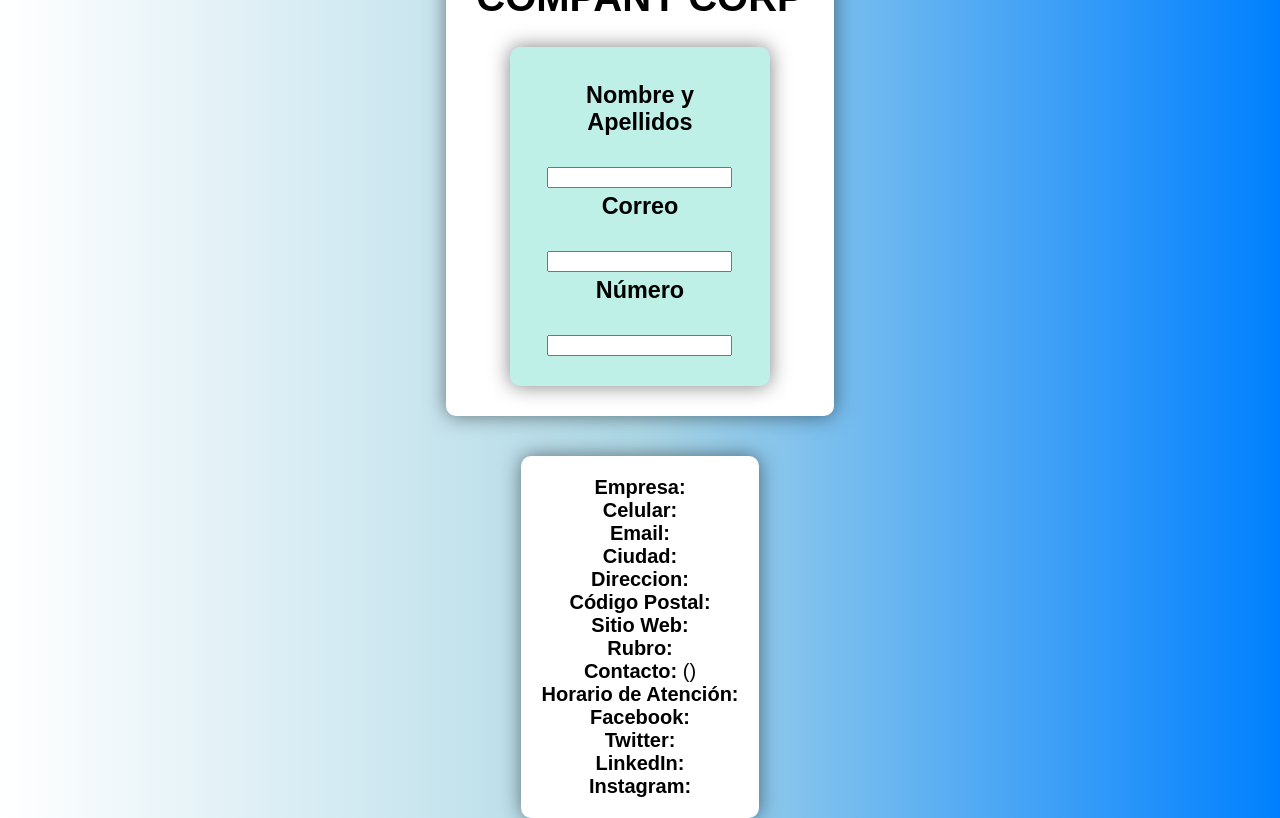
Repository: ANGELEDU141/TAREAWEBEWJASJDASJ
Page: http://localhost/JAVAWEBTAREA/WEB-INF/views/contenido.jsp
The author's editor kept a copy of each file at every save. The page is drawn from the files as they stood at one save, then again after the next save.
The browser window is 1280 px wide. The pictures show the whole page.
The page is served by Tomcat 9. Nobody is signed in. Other server files are loaded and not shown. The template is opened directly, without the code that normally fills it, so the values that code supplies are empty.

Above is the page before, as saved 2024-09-01 10:05:58.

### JAVAWEBTAREA/src/main/webapp/WEB-INF/views/contenido.jsp
<%@ page language="java" contentType="text/html; charset=UTF-8"
    pageEncoding="UTF-8"%>
<!DOCTYPE html>
<html>
<head>
<meta charset="UTF-8">
<title> COMPANY </title>
<link rel="icon" href="https://static.vecteezy.com/system/resources/previews/008/214/517/non_2x/abstract-geometric-logo-or-infinity-line-logo-for-your-company-free-vector.jpg">
<style>
    body {


        height: 100vh;
        display: flex;
        align-items:center;
         flex-direction: column;
        justify-content: center; /* Centra horizontalmente */
        align-items: center; /* Centra verticalmente */
        font-family: Arial, sans-serif;
		background: linear-gradient(to right, rgb(255, 255, 255), rgb(173, 216, 230), rgb(0, 128, 255));

    }
    .container {

        max-width: 600px;
        display:flex;
   		flex-direction:column;
   		align-content:center;
   		justify-content: center;
   		align-items:center;
   		padding: 30px;

        background-color: white;
        box-shadow: 0px 0px 20px rgba(0, 0, 0, 0.5);
        text-align: center;
        border-radius: 10px;
        font-size: 20px;

    }

    .contac {

 		margin-top: 40px;
        max-width: 600px;
        padding:20px;
        background-color: white;
        box-shadow: 0px 0px 20px rgba(0, 0, 0, 0.5);
        text-align: center;
        border-radius: 10px;
        font-size: 20px;

        }




    .quest {



   		padding: 30px;
   		border:60px;
        max-width: 200px;
        background-color: rgba(191, 240, 232);
        box-shadow: 0px 0px 20px rgba(0, 0, 0, 0.5);
        text-align: center;
        border-radius: 10px;
        }

        .quest h3{
         margin: 0;
    padding: 5px; }



</style>
</head>
<body>
    <div class="container">
        <h1> COMPANY CORP </h1>


        <div class="quest">

        <h3>Nombre y Apellidos</h3><br>
        <input>
        <h3>Correo</h3><br>
        <input>
        <h3>Número</h3><br>
         <input>



        </div>
    </div>

    <div  class="contac">

		<b> Empresa:</b> ${empresa}<br>
		<b> Celular:</b> ${celular}<br>
		<b> Email:</b> ${email}<br>
		<b> Ciudad:</b> ${ciudad}<br>
	    <b>Direccion:</b> ${direccion}<br>
        <b>Código Postal:</b> ${código_postal}<br>
        <b>Sitio Web:</b> <a href="http://${sitio_web}" target="_blank">${sitio_web}</a><br>
        <b>Rubro:</b> ${rubro}<br>
        <b>Contacto:</b> ${contacto_nombre} (${contacto_puesto})<br>
        <b>Horario de Atención:</b> ${horario_atención}<br>
        <b>Facebook:</b> <a href="http://${facebook}" target="_blank">${facebook}</a><br>
        <b>Twitter:</b> <a href="http://${twitter}" target="_blank">${twitter}</a><br>
        <b>LinkedIn:</b> <a href="http://${linkedin}" target="_blank">${linkedin}</a><br>
        <b>Instagram:</b> <a href="http://${instagram}" target="_blank">${instagram}</a>


	</div>
</body>

After the next save:
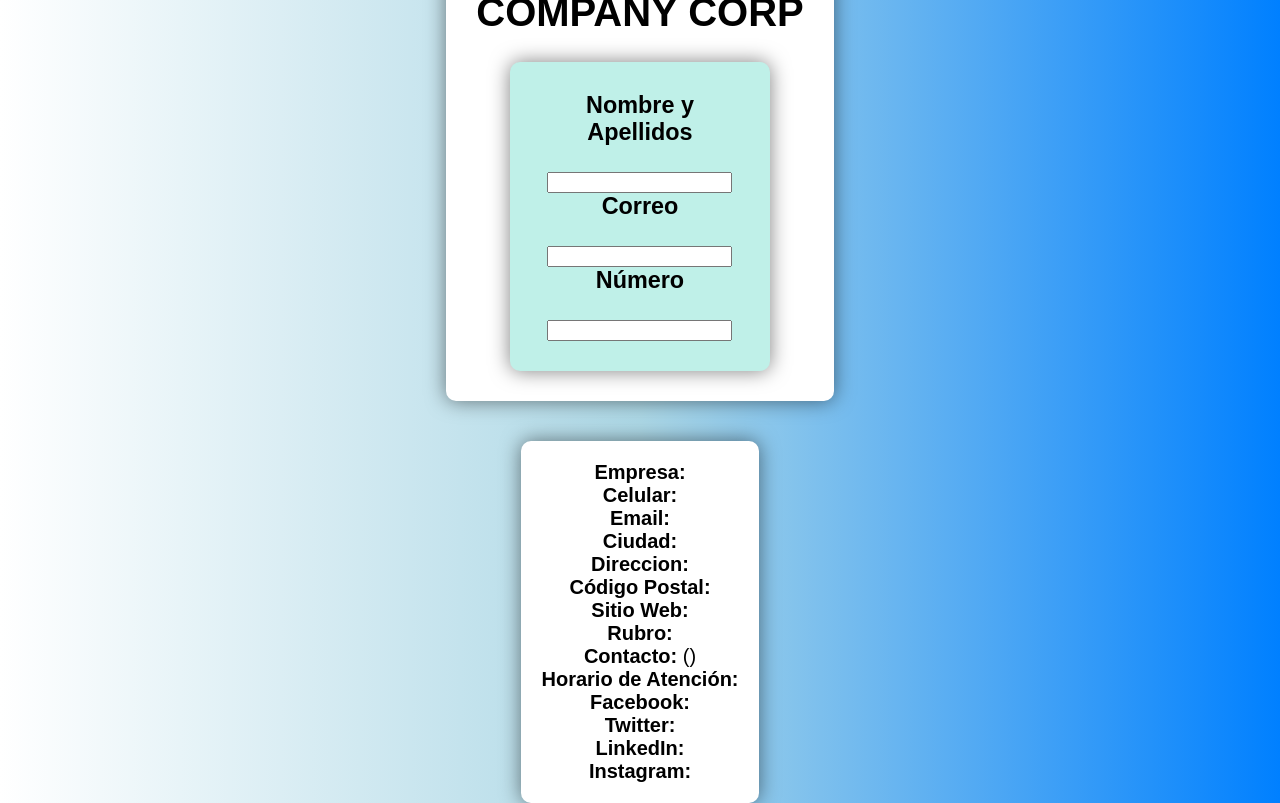
Saved 24 s later.
--- a/JAVAWEBTAREA/src/main/webapp/WEB-INF/views/contenido.jsp
+++ b/JAVAWEBTAREA/src/main/webapp/WEB-INF/views/contenido.jsp
@@ -69,7 +69,7 @@
 
         .quest h3{
          margin: 0;
-    padding: 5px; }
+    padding:0px }
 
 
 
